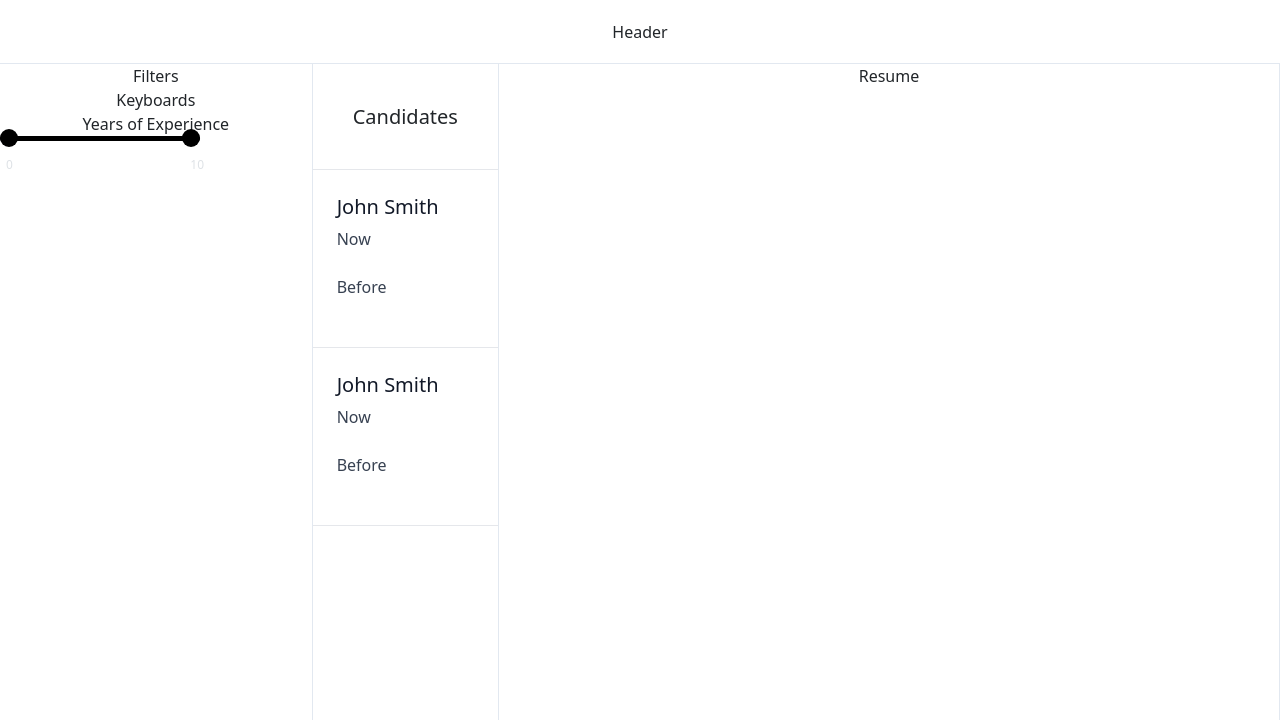
Repository: VictorJPimentel/Resume-Matcher
Page: / (app in frontend/)
The author's editor kept a copy of each file at every save. The page is drawn from the files as they stood at one save, then again after the next save.
The browser window is 1280 px wide. The pictures show the whole page.
The project was rebuilt for these pictures with package versions that can differ from the ones it lists, and the page was loaded fresh each time. Also part of the build but not shown: frontend/src/components/FileUpload.jsx.

Above is the page before, as saved 2022-08-09 21:54:54.

### frontend/src/App.jsx
import axios from "axios";
import React, { useEffect, useState } from "react";
import "./App.css";
import "bootstrap/dist/css/bootstrap.min.css";
import "../node_modules/bootstrap/dist/css/bootstrap.min.css";
import "bootstrap/dist/css/bootstrap.min.css";
import { useDropzone } from "react-dropzone";
import { Routes, Route, useLocation } from "react-router-dom";
import Home from "./pages/Home";

import FileUpload from "./components/FileUpload";

function App() {
  // const [ name, setName ] = useState("")
  // const [home, setHome] = useState("")
  const [keywords, setKey] = useState("");
  const [database, setDatabase] = useState("");

  // useEffect(() => {
  //   axios.get("http://localhost:4000/keywords").then(function (response) {
  //     setKey(response.data);
  //   });
  // });

  // useEffect(() => {
  //   axios.get("http://localhost:4000/database").then(function (response) {
  //     setDatabase(response.data);
  //   });
  // });

  // useEffect(() => {
  //   axios.get("http://localhost:4000/home").then(function(response){
  //     setHome(response.data)
  //   })
  // })

  // async function postName(e) {
  // 	e.preventDefault()
  // 	try {
  // 		await axios.post("http://localhost:4000/post_name", {
  // 			name
  // 		})
  // 	} catch (error) {
  // 		console.error(error)
  // 	}
  // }

  // /* <form onSubmit={postName}>
  //                       <input type="text" value={name} onChange={(e) => setName(e.target.value)} />
  //                       <button type="submit">Send Name</button>
  //                   </form> */

  const [files, setFiles] = useState([]);

  const { getRootProps, getInputProps } = useDropzone({
    accept: "image/*",
  });

  const images = files.map((file) => (
    <div key={file.name}>
      <div>
        <img src={file.preview} style={{ width: "200px" }} alt="preview" />
      </div>
    </div>
  ));

  return (
    <>
      <Routes>
        <Route exact path="/" element={<Home />} />
      </Routes>
    </>
  );
}

export default App;

### frontend/src/pages/Home.jsx
import React, { useState } from "react";

// import Sidebar from "../partials/Sidebar";
import Header from "../components/Header";
import Filter from "../components/Filters";
import Candidates from "../components/Candidates";
import Resume from "../components/Resume";
// import WelcomeBanner from "../partials/dashboard/WelcomeBanner";

function Home() {
  return (
    <div className="flex h-screen overflow-hidden">
      <div className="relative flex flex-col flex-1 overflow-y-auto overflow-x-hidden">
        {/*  Site header */}
        <Header />

        <main className="flex h-screen">
          <Filter />
          <Candidates />
          <Resume />
        </main>
      </div>
    </div>
  );
}

export default Home;

### frontend/src/components/Header.jsx
import React, { useState } from "react";

function Header() {
  return (
    <header className="top-0 bg-white border-b border-slate-200 z-30 w-full h-16">
      <div className="h-16 text-center content-center">Header</div>
    </header>
  );
}

export default Header;

### frontend/src/components/Filters.jsx
import React, { useState, useEffect, useRef } from "react";
import { NavLink, useLocation } from "react-router-dom";
// import MultiRangeSlider from "multi-range-slider-react";
import MultiRangeSlider from "./multiRangeSlider/MultiRangeSlider";

function Filter() {
  const [minValue, set_minValue] = useState(0);
  const [maxValue, set_maxValue] = useState(10);
  const handleInput = (e) => {
    set_minValue(e.minValue);
    set_maxValue(e.maxValue);
  };

  return (
    <div
      className="flex flex-col z-40 left-0 top-0 h-full no-scrollbar w-2/5 border-r border-slate-200
      text-center"
    >
      <div>Filters </div>
      <div>Keyboards </div>
      <div> Years of Experience</div>
      <MultiRangeSlider
        min={0}
        max={10}
        onChange={({ min, max }) => console.log(`min = ${min}, max = ${max}`)}
      />
    </div>
  );
}

export default Filter;

### frontend/src/components/Candidates.jsx
import React, { useState, useEffect, useRef } from "react";

function Candidates() {
  return (
    <div
      className="flex flex-col z-40 left-0 top-0 h-full no-scrollbar w-1/5 border-r border-slate-200
      "
    >
      <div className="border-b text-xl leading-tight font-medium p-10 text-center">
        {" "}
        Candidates
      </div>
      <div class="flex border-b bg-white-100 hover:bg-gray-300">
        <div class="block p-6">
          <h5 class="text-gray-900 text-xl leading-tight font-medium">
            John Smith
          </h5>
          <p class="text-gray-700 text-base mb-4">Now</p>
          <p class="text-gray-700 text-base mb-4">Before</p>
        </div>
      </div>
      <div class="flex  bg-white border-b">
        <div class="block p-6">
          <h5 class="text-gray-900 text-xl leading-tight font-medium">
            John Smith
          </h5>
          <p class="text-gray-700 text-base mb-4">Now</p>
          <p class="text-gray-700 text-base mb-4">Before</p>
        </div>
      </div>
    </div>
  );
}

export default Candidates;

### frontend/src/components/Resume.jsx
import React, { useState, useEffect, useRef } from "react";

function Resume() {
  return (
    <div
      className="flex flex-col z-40 left-0 top-0 h-full no-scrollbar w-full border-r border-slate-200
      text-center "
    >
      Resume
    </div>
  );
}

export default Resume;

### frontend/src/components/multiRangeSlider/MultiRangeSlider.jsx
import React, { useCallback, useEffect, useState, useRef } from "react";
import PropTypes from "prop-types";
import "./multiRangeSlider.css";

const MultiRangeSlider = ({ min, max, onChange }) => {
  const [minVal, setMinVal] = useState(min);
  const [maxVal, setMaxVal] = useState(max);
  const minValRef = useRef(min);
  const maxValRef = useRef(max);
  const range = useRef(null);

  // Convert to percentage
  const getPercent = useCallback(
    (value) => Math.round(((value - min) / (max - min)) * 100),
    [min, max]
  );

  // Set width of the range to decrease from the left side
  useEffect(() => {
    const minPercent = getPercent(minVal);
    const maxPercent = getPercent(maxValRef.current);

    if (range.current) {
      range.current.style.left = `${minPercent}%`;
      range.current.style.width = `${maxPercent - minPercent}%`;
    }
  }, [minVal, getPercent]);

  // Set width of the range to decrease from the right side
  useEffect(() => {
    const minPercent = getPercent(minValRef.current);
    const maxPercent = getPercent(maxVal);

    if (range.current) {
      range.current.style.width = `${maxPercent - minPercent}%`;
    }
  }, [maxVal, getPercent]);

  // Get min and max values when their state changes
  useEffect(() => {
    onChange({ min: minVal, max: maxVal });
  }, [minVal, maxVal, onChange]);

  return (
    <div class="grid place-items-cente">
      <input
        type="range"
        min={min}
        max={max}
        value={minVal}
        onChange={(event) => {
          const value = Math.min(Number(event.target.value), maxVal - 1);
          setMinVal(value);
          minValRef.current = value;
        }}
        className="thumb thumb--left"
        style={{ zIndex: minVal > max - 100 && "5" }}
      />

      <input
        type="range"
        min={min}
        max={max}
        value={maxVal}
        onChange={(event) => {
          const value = Math.max(Number(event.target.value), minVal + 1);
          setMaxVal(value);
          maxValRef.current = value;
        }}
        className="thumb thumb--right"
      />

      <div className="slider">
        <div className="slider__track" />
        <div ref={range} className="slider__range" />
        <div className="slider__left-value">{minVal}</div>
        <div className="slider__right-value">{maxVal}</div>
      </div>
    </div>
  );
};

MultiRangeSlider.propTypes = {
  min: PropTypes.number.isRequired,
  max: PropTypes.number.isRequired,
  onChange: PropTypes.func.isRequired,
};

export default MultiRangeSlider;

### frontend/src/components/multiRangeSlider/multiRangeSlider.css
.container {
  display: flex;
}

.slider {
  position: relative;
  width: 200px;
}

.slider__track,
.slider__range,
.slider__left-value,
.slider__right-value {
  position: absolute;
}

.slider__track,
.slider__range {
  border-radius: 3px;
  height: 5px;
}

.slider__track {
  background-color: #ced4da;
  width: 100%;
  z-index: 1;
}

.slider__range {
  background-color: black;
  z-index: 2;
}

.slider__left-value,
.slider__right-value {
  color: #dee2e6;
  font-size: 12px;
  margin-top: 20px;
}

.slider__left-value {
  left: 6px;
}

.slider__right-value {
  right: -4px;
}

/* Removing the default appearance */
.thumb,
.thumb::-webkit-slider-thumb {
  -webkit-appearance: none;
  -webkit-tap-highlight-color: transparent;
}

.thumb {
  pointer-events: none;
  position: absolute;
  height: 0;
  width: 200px;
  outline: none;
}

.thumb--left {
  z-index: 3;
}

.thumb--right {
  z-index: 4;
}

/* For Chrome browsers */
.thumb::-webkit-slider-thumb {
  background-color: black;
  border: none;
  border-radius: 50%;
  /* box-shadow: 0 0 1px 1px black; */
  cursor: pointer;
  height: 18px;
  width: 18px;
  margin-top: 4px;
  pointer-events: all;
  position: relative;
}

/* For Firefox browsers */
.thumb::-moz-range-thumb {
  background-color: #f1f5f7;
  border: none;
  border-radius: 50%;
  box-shadow: 0 0 1px 1px #ced4da;
  cursor: pointer;
  height: 18px;
  width: 18px;
  margin-top: 4px;
  pointer-events: all;
  position: relative;
}

Loaded but not shown: frontend/public/index.html (common file); frontend/src/index.js (common file); frontend/src/index.css (common file); frontend/src/reportWebVitals.js (common file); frontend/src/App.css (common file); frontend/tailwind.config.js (common file)

After the next save:
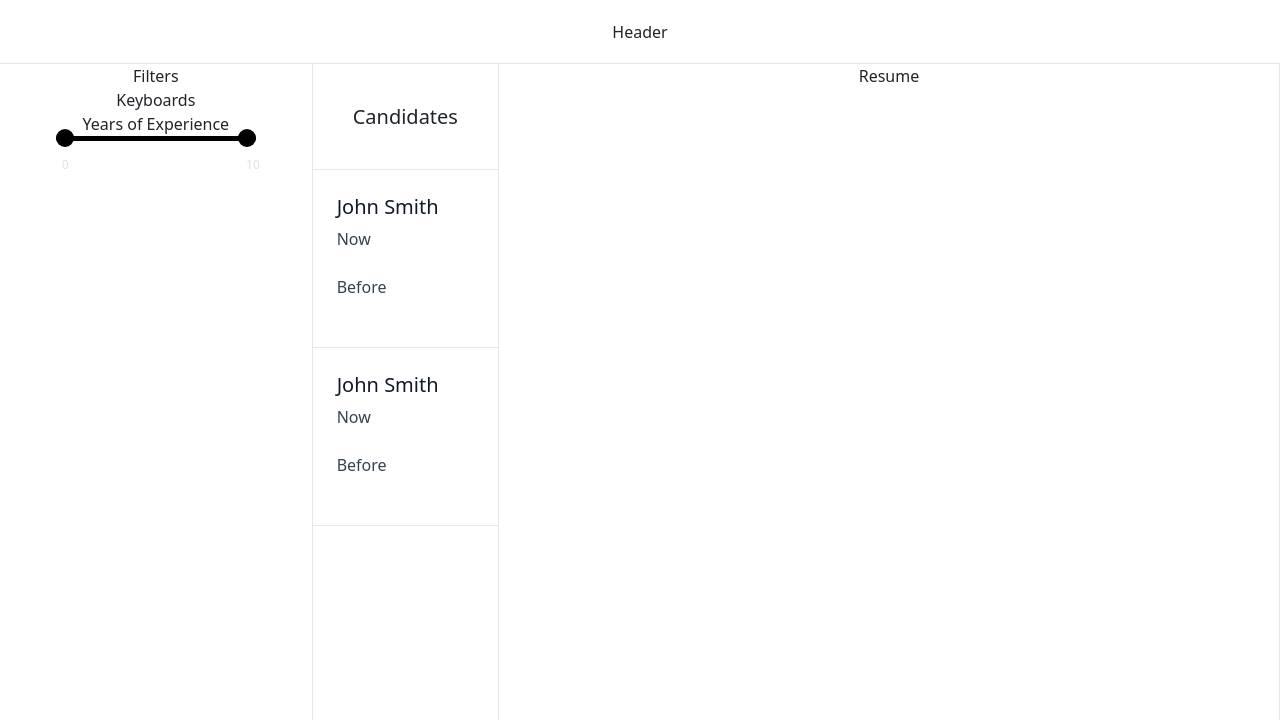
Saved 35 s later.
--- a/frontend/src/components/multiRangeSlider/MultiRangeSlider.jsx
+++ b/frontend/src/components/multiRangeSlider/MultiRangeSlider.jsx
@@ -42,7 +42,7 @@ const MultiRangeSlider = ({ min, max, onChange }) => {
   }, [minVal, maxVal, onChange]);
 
   return (
-    <div class="grid place-items-cente">
+    <div class="flex items-center justify-center">
       <input
         type="range"
         min={min}
